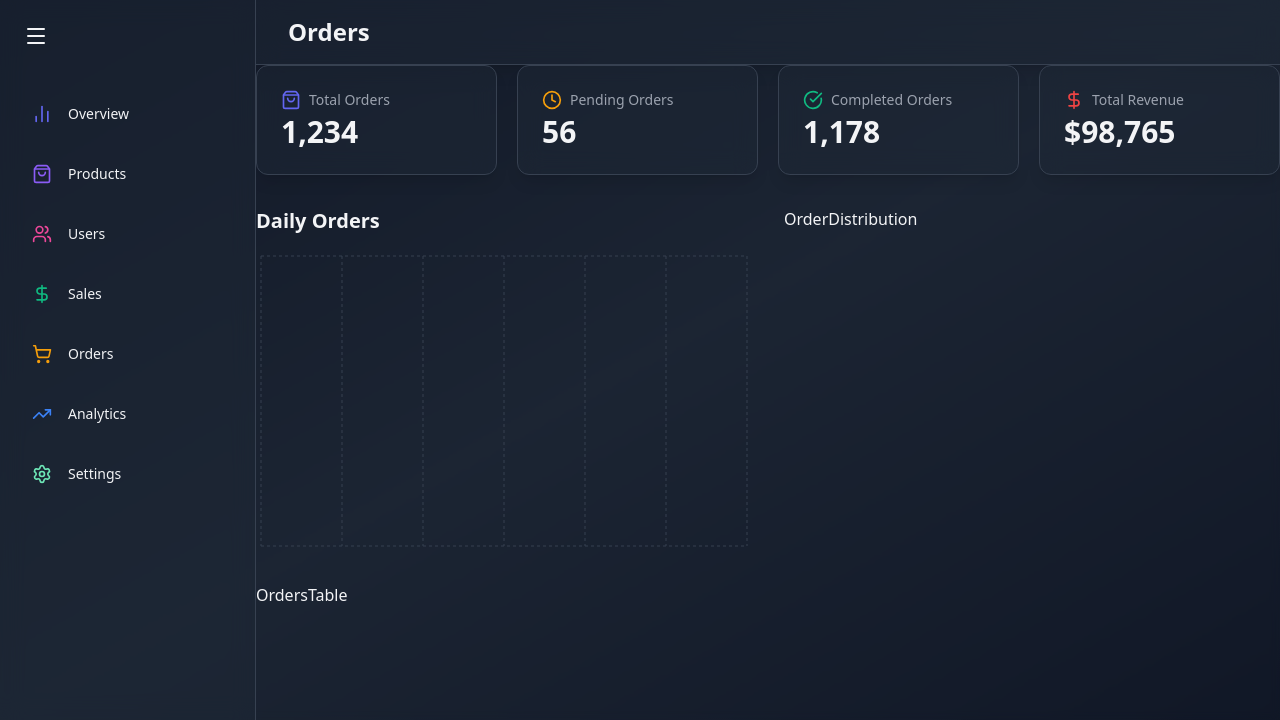
Repository: Abdirabi11/React-dashboard
Page: /orders
These files come from the project's save history. The page is drawn as it stood at one moment and after the next save; the edit follows.
The browser window is 1280 px wide. The pictures show the whole page.
The project was rebuilt for these pictures with package versions that can differ from the ones it lists, and the page was loaded fresh each time. Also part of the build but not shown: vite.config.js, src/components/overview/SalesOverviewChart.jsx, src/components/overview/CategoryDistributionChart.jsx, src/components/overview/SalesChannelChart.jsx, src/pages/OverviewPage.jsx, src/components/products/SalesTrendChart.jsx, src/components/products/ProductsTable.jsx, src/pages/ProductsPage.jsx and 11 more.

Above is the page before, as saved 2025-07-19 10:52:10.

After the next save:
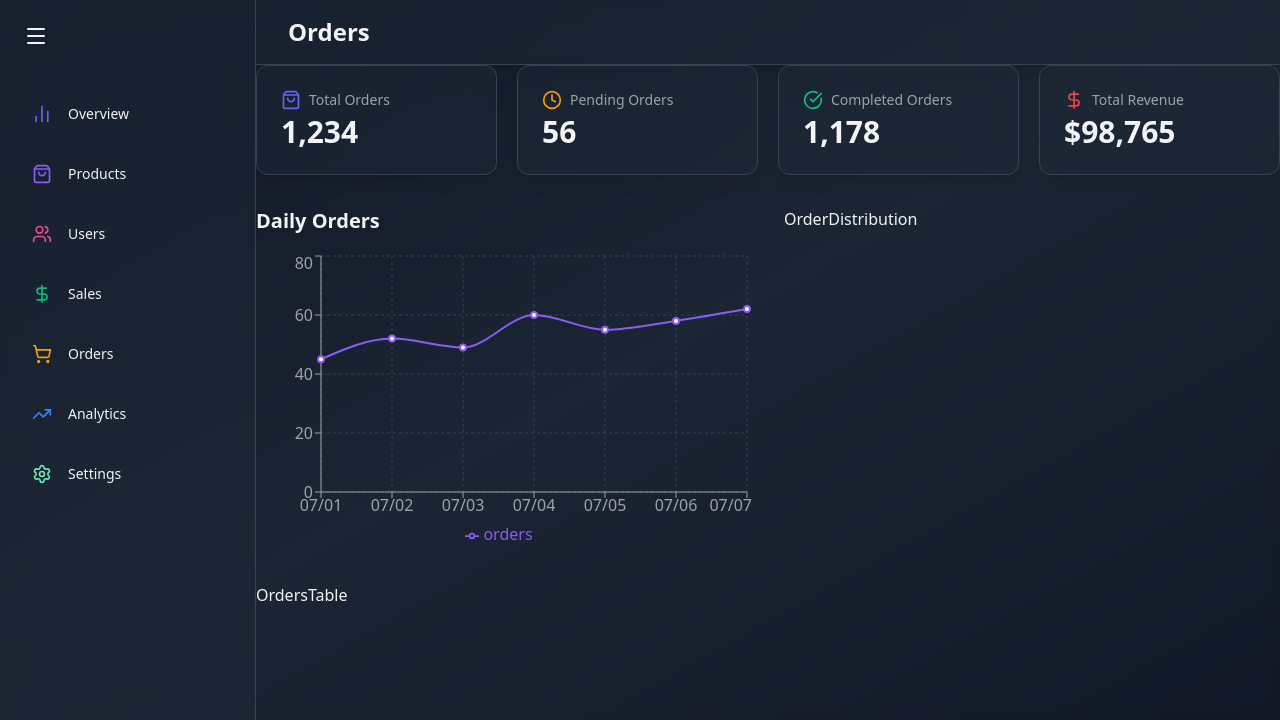
Saved 37 s later.
--- a/src/components/orders/DailyOrders.jsx
+++ b/src/components/orders/DailyOrders.jsx
@@ -1,5 +1,5 @@
 import {motion} from "framer-motion";
-import { CartesianGrid, LineChart, ResponsiveContainer } from "recharts";
+import { CartesianGrid, Legend, Line, LineChart, ResponsiveContainer, Tooltip, XAxis, YAxis } from "recharts";
 
 const dailyOrdersData = [
 	{ date: "07/01", orders: 45 },
@@ -19,6 +19,17 @@ const DailyOrders = () => {
             <ResponsiveContainer>
                 <LineChart data={dailyOrdersData}>
                     <CartesianGrid strokeDasharray='3 3' stroke='#374151'/>
+                    <XAxis dataKey='date' stroke='#9CA3AF' />
+                    <YAxis stroke='#9CA3AF' />
+                    <Tooltip
+                        contentStyle={{
+                            backgroundColor: "rgba(31, 41, 55, 0.8)",
+                            borderColor: "#4B5563",
+                        }}
+                        itemStyle={{ color: "#E5E7EB" }}
+                    />
+                    <Legend />
+                    <Line type='monotone' dataKey='orders' stroke='#8B5CF6' strokeWidth={2} />
                 </LineChart>
             </ResponsiveContainer>
         </div>
